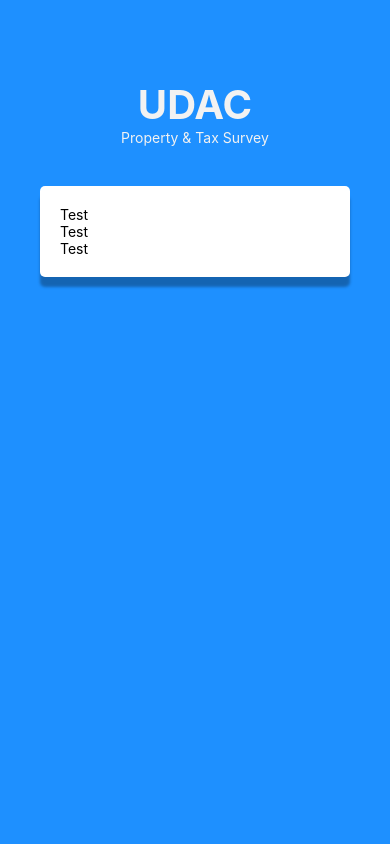
Repository: metalysm/BasicLoginPage
Screen: /
The author's editor kept a copy of each file at every save. The screen is drawn from the files as they stood at one save, then again after the next save.
The app was drawn by React Native's web renderer in a window 390 px wide. The project was rebuilt for these pictures with package versions that can differ from the ones it lists, and the page was loaded fresh each time.

Above is the screen before, as saved 2019-12-05 11:20:59.

After the next save:
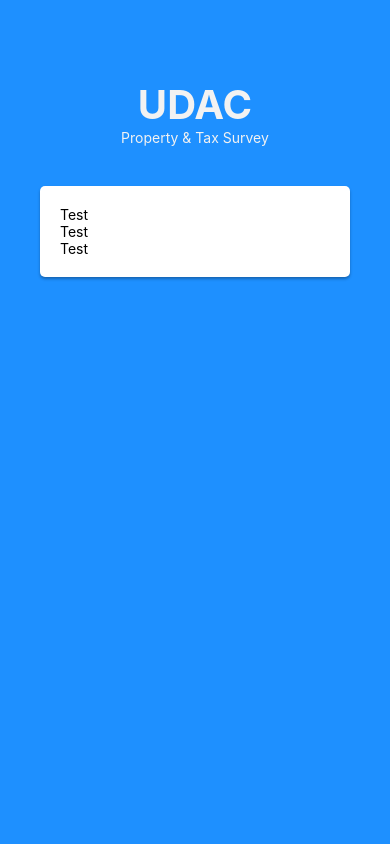
Saved 21 s later.
--- a/App.js
+++ b/App.js
@@ -67,7 +67,7 @@ const styles = StyleSheet.create({
     shadowRadius: 3,
     shadowOffset: {
       width: 0,
-      height: 10
+      height: 2
     }
   }
 });
